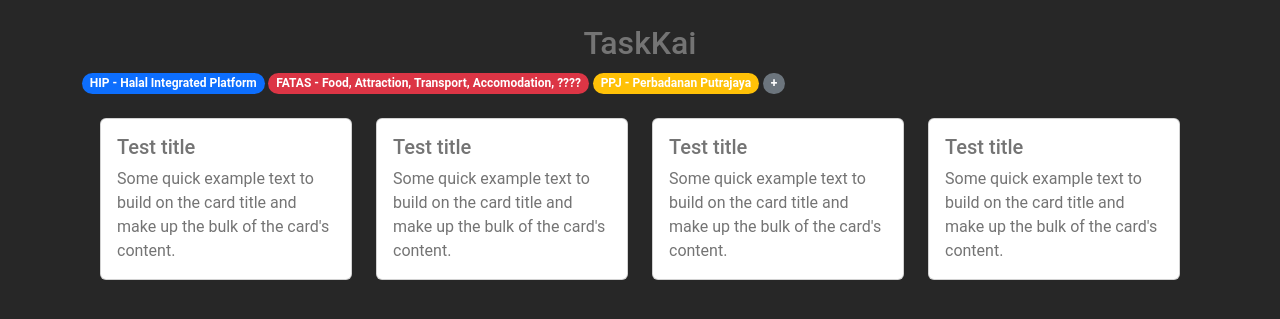
Repository: faizhakimi99/TaskKai
Page: src/views/index.html
These files come from the project's save history. The page is drawn as it stood at one moment and after the next save; the edit follows.
The browser window is 1280 px wide. The pictures show the whole page.

Above is the page before, as saved 2025-01-27 12:50:12.

### src/views/index.html
<!DOCTYPE html>
<html lang="en">

<head>
    <meta charset="UTF-8">
    <meta name="viewport" content="width=device-width, initial-scale=1.0">
    <title>Task Kai</title>
    <link rel="stylesheet" href="/plugins/css/bootstrap.min.css" type="text/css">
    <link rel="stylesheet" href="/customStyle/style.css" type="text/css">
</head>

<body>
    <div class="mt-4"></div>
    <div id="notes-header" class="container">
        <div class="row">
            <div class="col-lg-12 text-center">
                <h2>TaskKai</h2>
            </div>
        </div>
    </div>

    <div id="list-project" class="container">
        <div class="row">
            <div class="col-lg-12">
                <span class="rounded-pill badge bg-primary">HIP - Halal Integrated Platform</span>
                <span class="rounded-pill badge bg-danger">FATAS - Food, Attraction, Transport, Accomodation, ????</span>
                <span class="rounded-pill badge bg-warning">PPJ - Perbadanan Putrajaya</span>
                <span class="rounded-pill badge bg-secondary">+</span>
            </div>
        </div>
    </div>

    <div id="kanban-project" class="custom-margin-container mt-4">
        <div class="row">
            <div class="col-lg-3">
                <div class="card h-100 card-bg">
                    <div class="card-body">
                        <h5 class="card-title">Test title</h5>
                        <span>Some quick example text to build on the card title and make up the bulk of the card's content.</span>
                    </div>
                </div>
            </div>
            <div class="col-lg-3">
                <div class="card h-100">
                    <div class="card-body">
                        <h5 class="card-title">Test title</h5>
                        <span>Some quick example text to build on the card title and make up the bulk of the card's content.</span>
                    </div>
                </div>
            </div>
            <div class="col-lg-3">
                <div class="card h-100">
                    <div class="card-body">
                        <h5 class="card-title">Test title</h5>
                        <span>Some quick example text to build on the card title and make up the bulk of the card's content.</span>
                    </div>
                </div>
            </div>
            <div class="col-lg-3">
                <div class="card h-100">
                    <div class="card-body">
                        <h5 class="card-title">Test title</h5>
                        <span>Some quick example text to build on the card title and make up the bulk of the card's content.</span>
                    </div>
                </div>
            </div>
        </div>
    </div>


    <script src="/plugins/js/bootstrap.min.js"></script>
</body>

</html>

### src/public/customStyle/style.css
:root {
    --background-color: #272727;
    --primary-color: #747474;
    --secondary-color: #ff652f;
    --third-color: #ffe400;
    --fourth-color: #14a76c;
    --font-family: 'Roboto', sans-serif;
    --spacing: 16px;
}

body {
    font-size: 16px;
    font-family: var(--font-family);
    color: var(--primary-color);
    background-color: var(--background-color);
}

.custom-margin-container {
    margin-left: 100px;
    margin-right: 100px;
}

.card-bg {

}

Loaded but not shown: src/public/plugins/css/bootstrap.min.css (library); src/public/plugins/js/bootstrap.min.js (library)

After the next save:
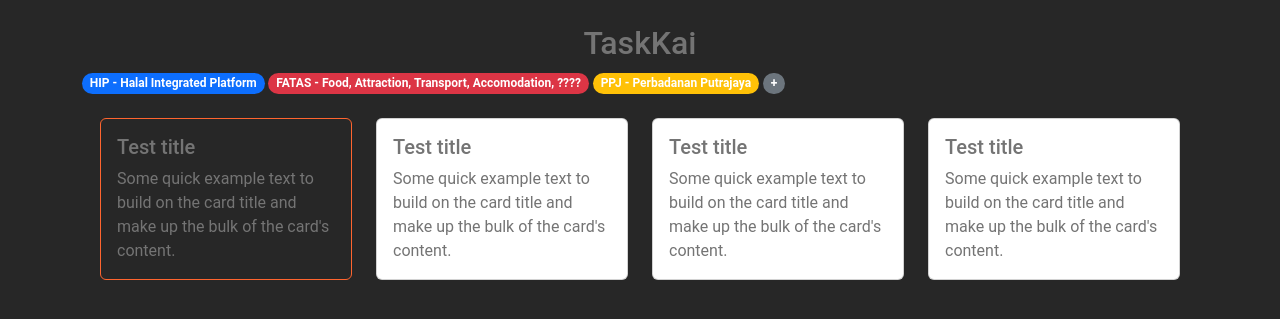
Saved 3 min 36 s later.
--- a/src/public/customStyle/style.css
+++ b/src/public/customStyle/style.css
@@ -21,5 +21,7 @@ body {
 }
 
 .card-bg {
-
+    background-color: var(--background-color);
+    border-color: var(--secondary-color);
+    color: var(--primary-color);
 }
